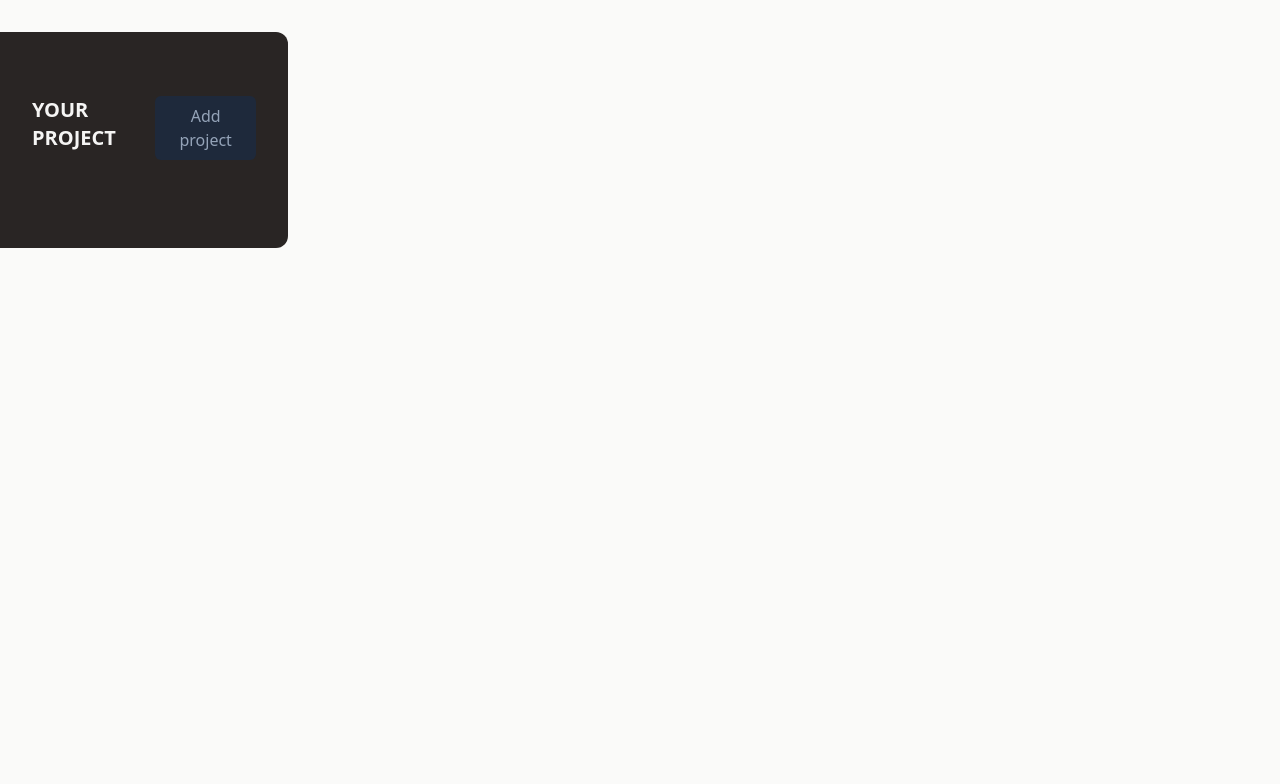
Repository: sibi24sibi/todo-list-using-reactjs
Page: /
The author's editor kept a copy of each file at every save. The page is drawn from the files as they stood at one save, then again after the next save.
The browser window is 1280 px wide. The pictures show the whole page.
The project was rebuilt for these pictures with package versions that can differ from the ones it lists, and the page was loaded fresh each time. Also part of the build but not shown: vite.config.js.

Above is the page before, as saved 2024-06-24 11:49:55.

### src/App.jsx
import SideBar from "./assets/Components/SideBar/SideBar";

function App() {
  return (
    <>
      <main className="h-screen my-8">
        <SideBar />
      </main>
    </>
  );
}

export default App;

### src/assets/Components/SideBar/SideBar.jsx
export default function SideBar() {
  return (
    <aside className="w-1/3 flex  px-8 py-16 bg-stone-800 text-stone-50 md:w-72 rounded-r-xl">
      <h2 className="mb-8 font-bold uppercase md:text-xl text-stone-100">
        your project
      </h2>
      <div>
        <button className="px-4 py-2 text-slate-400 hover:text-slate-900 md:text-base rounded-md bg-slate-800 hover:bg-slate-400">
          Add project
        </button>
      </div>
      <ul></ul>
    </aside>
  );
}

Loaded but not shown: index.html (common file); src/main.jsx (common file); src/index.css (common file); tailwind.config.js (common file)

After the next save:
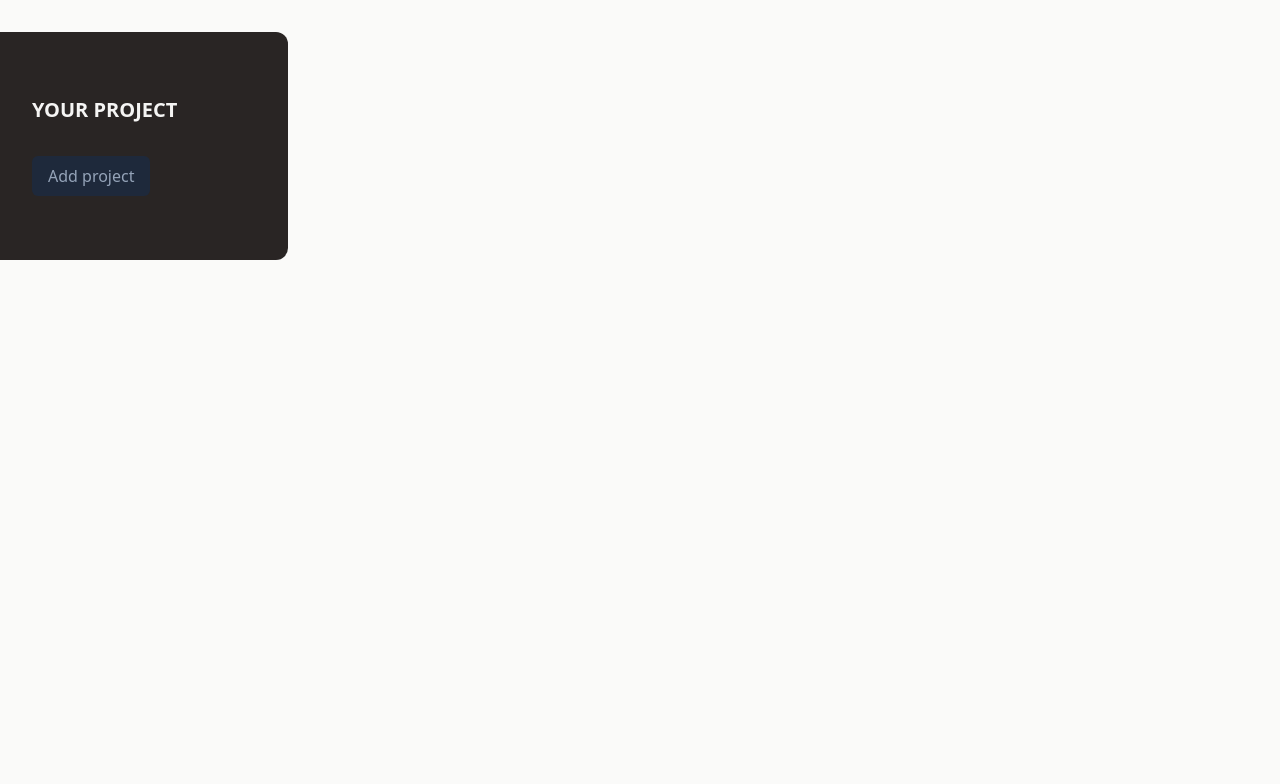
Saved 5 s later.
--- a/src/assets/Components/SideBar/SideBar.jsx
+++ b/src/assets/Components/SideBar/SideBar.jsx
@@ -1,6 +1,6 @@
 export default function SideBar() {
   return (
-    <aside className="w-1/3 flex  px-8 py-16 bg-stone-800 text-stone-50 md:w-72 rounded-r-xl">
+    <aside className="w-1/3 flex  flex-col px-8 py-16 bg-stone-800 text-stone-50 md:w-72 rounded-r-xl">
       <h2 className="mb-8 font-bold uppercase md:text-xl text-stone-100">
         your project
       </h2>
